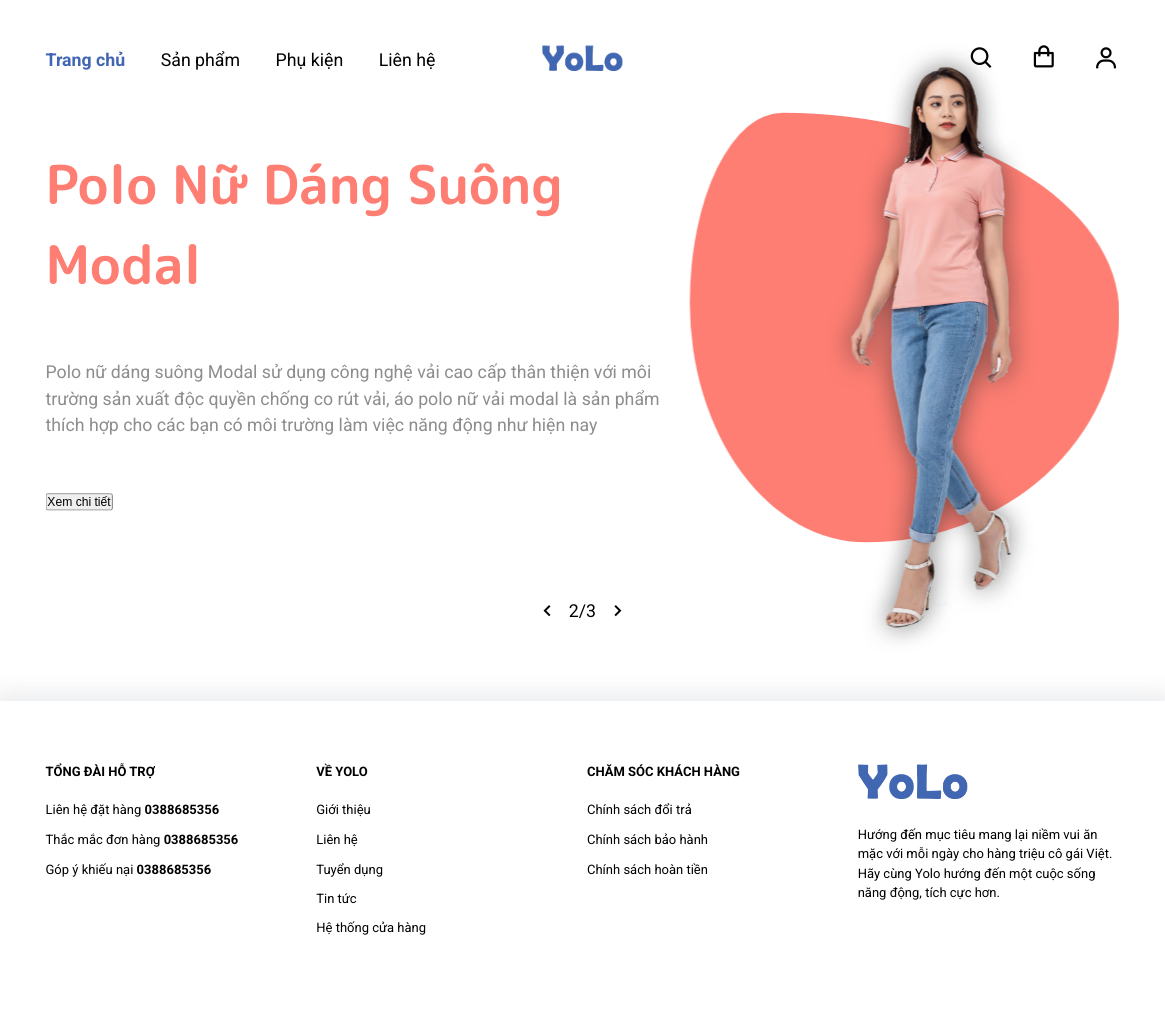
Repository: NguyenThanhBinh1210/Binh-React
Page: / (app in yoloshop/)
These files come from the project's save history. The page is drawn as it stood at one moment and after the next save; the edit follows.
The browser window is 1280 px wide. The pictures show the whole page, at 91% of full size.
The project was rebuilt for these pictures with package versions that can differ from the ones it lists, and the page was loaded fresh each time. A package was used in the major version that the imports need, not the one package.json lists. Also part of the build but not shown: yoloshop/src/pages/Product.jsx, yoloshop/src/pages/Catalog.jsx, yoloshop/src/pages/Cart.jsx, yoloshop/src/pages/Accessory.jsx, yoloshop/src/pages/Contact.jsx.

Above is the page before, as saved 2021-11-25 16:15:00.

After the next save:
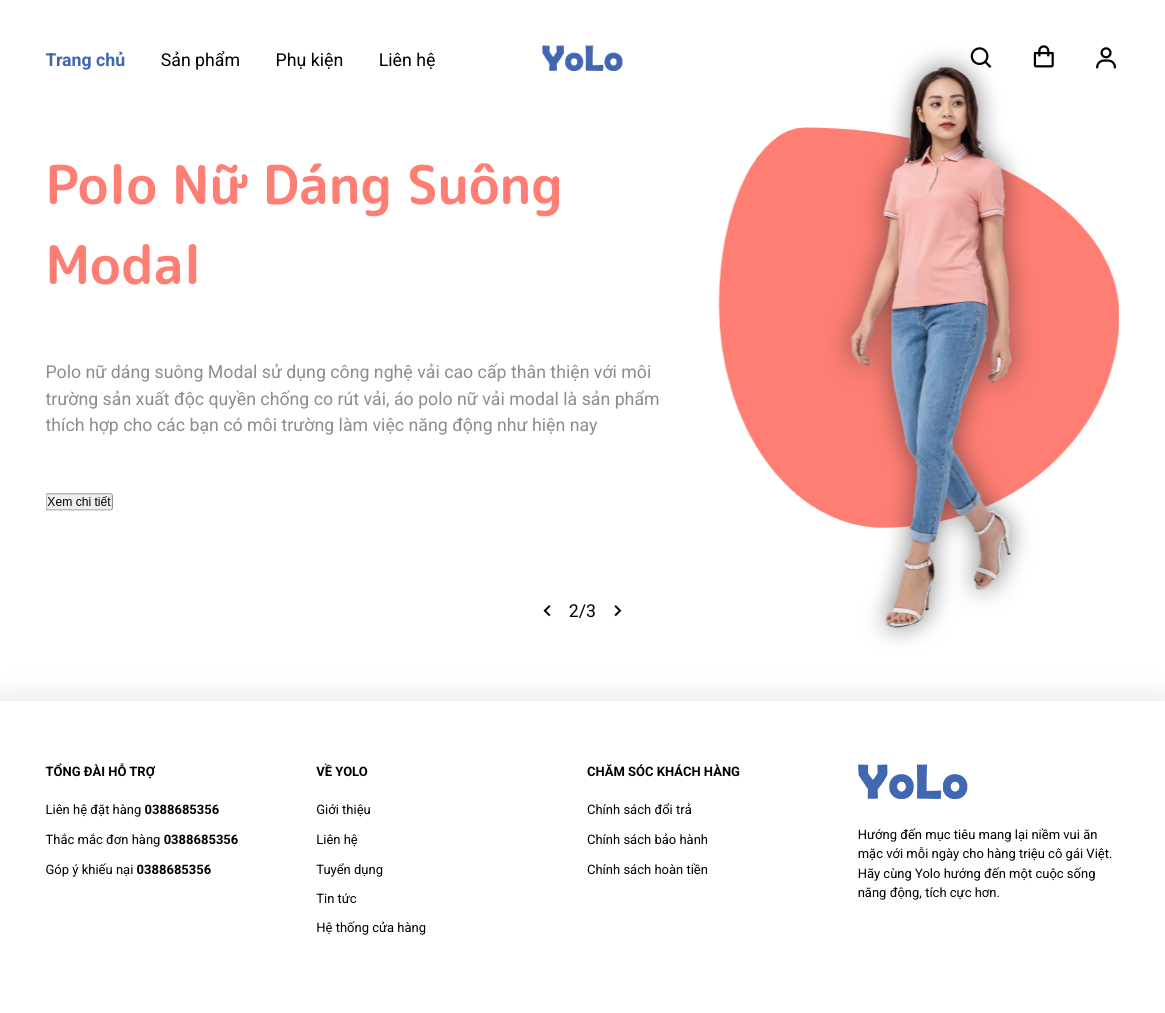
Saved 27 s later.
--- a/yoloshop/src/sass/components/_hero-slider.scss
+++ b/yoloshop/src/sass/components/_hero-slider.scss
@@ -63,7 +63,7 @@
 				left: 10%;
 			}
 			.shape {
-				$size: 472px;
+				$size: 440px;
 				height: $size;
 				width: $size;
 				position: absolute;
